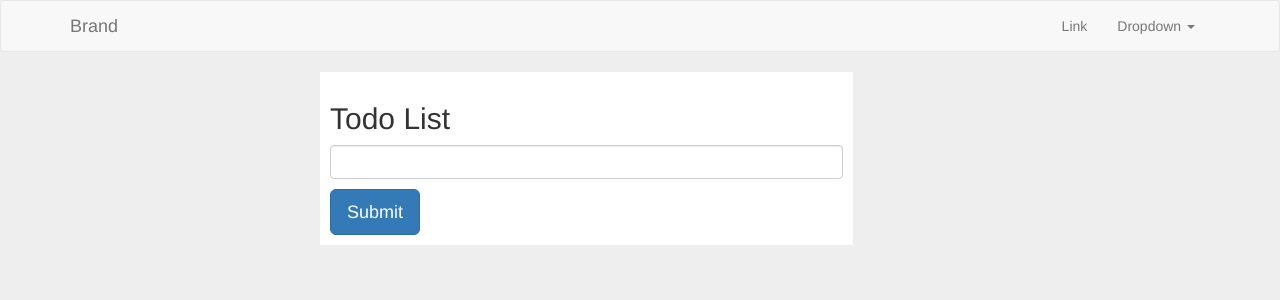
Repository: neoighodaro-articles/migrating-to-laravel
Page: http://localhost/pages/add.php
An editor plug-in stored every save of this project. The page is shown before and after the next save, followed by the edit.
The browser window is 1280 px wide. The pictures show the whole page.
The page is run by PHP 8.4 with error messages shown; the project is at /var/www/html/.

Above is the page before, as saved 2018-06-12 20:39:58.

### vanilla/pages/add.php



<?php require_once '../functions.php'; ?>
<!DOCTYPE html>
<html lang="en">
<head>
  <meta charset="UTF-8">
  <meta name="viewport" content="width=device-width, initial-scale=1.0">
  <meta http-equiv="X-UA-Compatible" content="ie=edge">
  <title>Todo Home</title>
  <link rel="stylesheet" href="https://maxcdn.bootstrapcdn.com/bootstrap/3.3.7/css/bootstrap.min.css" integrity="sha384-BVYiiSIFeK1dGmJRAkycuHAHRg32OmUcww7on3RYdg4Va+PmSTsz/K68vbdEjh4u" crossorigin="anonymous">
  <style>
    body {
      background: #EEE;
    }
    .todo__no__space{
      padding-left: 0px;
      padding-right: 0px;
    }
  </style>
</head>
<body>
<nav class="navbar navbar-default">
  <div class="container">
    <!-- Brand and toggle get grouped for better mobile display -->
    <div class="navbar-header">
      <button type="button" class="navbar-toggle collapsed" data-toggle="collapse" data-target="#bs-example-navbar-collapse-1" aria-expanded="false">
        <span class="sr-only">Toggle navigation</span>
        <span class="icon-bar"></span>
        <span class="icon-bar"></span>
        <span class="icon-bar"></span>
      </button>
      <a class="navbar-brand" href="#">Brand</a>
    </div>

    <!-- Collect the nav links, forms, and other content for toggling -->
    <div class="collapse navbar-collapse" id="bs-example-navbar-collapse-1">

      <ul class="nav navbar-nav navbar-right">
        <li><a href="#">Link</a></li>
        <li class="dropdown">
          <a href="#" class="dropdown-toggle" data-toggle="dropdown" role="button" aria-haspopup="true" aria-expanded="false">Dropdown <span class="caret"></span></a>
          <ul class="dropdown-menu">
            <li><a href="#">Action</a></li>
            <li><a href="#">Another action</a></li>
            <li><a href="#">Something else here</a></li>
            <li role="separator" class="divider"></li>
            <li><a href="#">Separated link</a></li>
          </ul>
        </li>
      </ul>
    </div><!-- /.navbar-collapse -->
  </div><!-- /.container-fluid -->

</nav>

  <div class="col-md-5 col-md-offset-3" style="background: #FFF;padding: 10px">
      <h2>Todo List</h2>
    <form method="POST">
           <input type="text" class="form-control" required>
        <p></p>
        <button name="btnadd" class="btn btn-primary btn-lg"> Submit </button>

        <?php
          if(isset($_POST['btnadd'])):
              $title = $_POST['title'];
              $query = $pdo->prepare('SELECT * FROM todos WHERE title =? ');
              $query->execute([$title]);
              if( $query->rowCount() > 0 ):

              endif;
            endif
        ?>
    </form>
  </div>
</body>
</html>

### vanilla/functions.php
<?php
 $host = 'localhost';
 $dbname= 'vanilla';
 $user   = 'root';
 $pwd    = 'root';

 try{
   $pdo = new PDO('mysql:host='. $host. ';dbname='. $dbname, $user, $pwd);
  //  echo "connected";
 } catch(PDOException $e) {
   echo "Unable to connect" . $e->getMessage();
 }

After the next save:
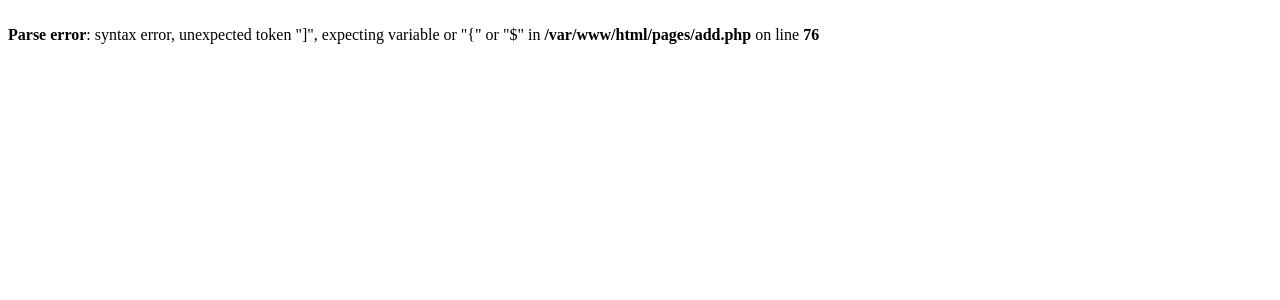
Saved 95 s later.
--- a/vanilla/pages/add.php
+++ b/vanilla/pages/add.php
@@ -68,7 +68,12 @@
               $query = $pdo->prepare('SELECT * FROM todos WHERE title =? ');
               $query->execute([$title]);
               if( $query->rowCount() > 0 ):
-
+          ?>
+                <div class="alert alert-info">Todo Already exist</div>
+          <?php
+              else:
+                $save = $pdo->prepare('INSERT INTO todos(user_id,title, completed) VALUES(?, ?, ?)');
+                $save->execute([$])
               endif;
             endif
         ?>
